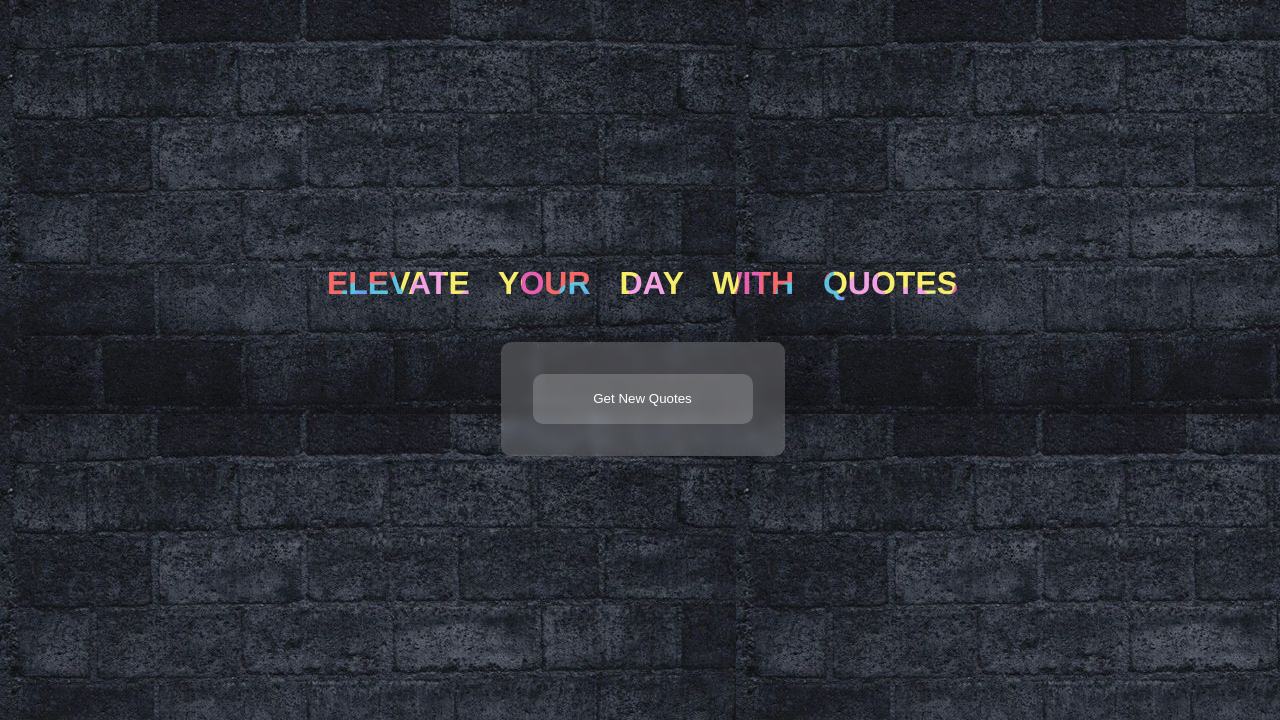
Repository: Bhavik-Sanghar/Quote-app
Page: /
An editor plug-in stored every save of this project. The page is shown before and after the next save, followed by the edit.
The browser window is 1280 px wide. The pictures show the whole page.
The page's requests for data from a server got no answer. The project was rebuilt for these pictures with package versions that can differ from the ones it lists, and the page was loaded fresh each time. No one was signed in, and anything a server would have sent is missing. Also part of the build but not shown: src/styles.css.

Above is the page before, as saved 2023-08-18 15:52:43.

### src/App.js
import React from 'react';
import './styles.css';
import QuoteComponent from './components/NewQuote'

function App() {
  return (
    <div className="App">

      <QuoteComponent/>


    </div>
  );
}

export default App;

### src/components/NewQuote.js
import React, { useEffect, useState } from "react";
import axios from "axios";
import './New.css'

const QuoteComponent = () => {
  const [quotes, setQuotes] = useState([]);
  const category = "inspirational";
  const apiKey = "EgtS4gqLsbjvHM2bBjKwBA==PYmsGLFQFXQzq0Na";

  useEffect(() => {
    fetchQuotes();
  }, []);

  const fetchQuotes = async () => {
    try {
      const response = await axios.get(
        `https://api.api-ninjas.com/v1/quotes?category=${category}&limit=1`, // Fetching 5 quotes
        {
          headers: { "X-Api-Key": apiKey },
        }
      );
      setQuotes(response.data);
    } catch (error) {
      console.error("Error: ", error);
    }
  };

  const handleFetchNewQuotes = () => {
    fetchQuotes();
  };

  return (
    <div className="quote-container">
      <h1>Elevate Your Day with Quotes</h1>
      <div className="card-container">
        {quotes.map((quote, index) => (
          <div key={index} className="card">
            <p className="quote-text">{quote.quote}</p>
            <p className="author">- {quote.author}</p>
          </div>
        ))} <button className="glow-on-hover" onClick={handleFetchNewQuotes}>
           Get New Quotes
      </button>
      </div>
    </div>
  );
};

export default QuoteComponent;

### src/components/New.css
.quote-container {
  padding: auto;
  padding-left: 5px;
  display: flex;
  flex-direction: column;
  justify-content: center;
  align-items: center;
  min-height: 100vh;
  background-color: black;
  background-image: url(./bg.jpg);
  transition: background-image 0.5s ease-in-out; /* Add transition for smooth image change */
  color: white;
  position: relative; /* Required for positioning pseudo-element */
  overflow: hidden; /* Hide overflowing pseudo-element content */
}

.quote-container h1 {
  z-index: 2;
  margin: 20px;
  background-image: url(./h1.jpg);
  background-repeat: repeat;
  opacity: 0;
  -webkit-background-clip: text;
  -webkit-text-fill-color: transparent;
  text-align: center;
  word-spacing: 20px;
  font-weight: bold;
  text-transform: uppercase;
  font-family: "Steelfish Rg", "helvetica neue";
  font-weight: 800;
  -webkit-font-smoothing: antialiased;
  transition: background-color 0.3s ease-in-out;
  animation: fadeInHeading 2s ease-in-out 0.5s forwards;
}

.card:hover {
  /* Example animation - scale up on hover */
  transform: scale(1.05);
  transition: transform 0.3s ease-in-out;
}

.author:hover {
  /* Example animation - change text color on hover */
  color: #00e5ff; /* Change to your desired color */
  transition: color 0.3s ease-in-out;
}
.quote-container h1:hover {
  font-size: 2.2em;
  transition: font-size 0.3s ease-in-out;
}

.fetch-button {
  position: absolute;
  margin-top: 40px;
  bottom: 20px; /* Adjust to your preference */
  right: 20px; /* Adjust to your preference */
  background-color: transparent;
  border: none;
  color: white;
  cursor: pointer;
  font-size: 16px;
  padding: 10px 20px;
  border-radius: 5px;
  transition: background-color 0.3s ease-in-out;
}

.fetch-button:hover {
  background-color: rgba(255, 255, 255, 0.1);
}

.card-container {
  z-index: 2;
  margin: 20px;
  backdrop-filter: blur(5px);
  background-color: hsla(0, 0%, 100%, 0.2);
  border-radius: 10px;
  padding: 2rem;
  font-size: larger;
  font-family: "Times New Roman", Times, serif;
  opacity: 0; /* Set initial opacity to 0 */
  animation: fadeInQuotes 3s ease-in-out 1s forwards,
    fadeInBackground 3s ease-in-out 1s forwards;
  position: relative; /* Ensure proper z-index behavior */
}

@keyframes fadeInHeading {
  from {
    opacity: 0;
    transform: translateY(-20px);
  }
  to {
    opacity: 1;
    transform: translateY(0);
  }
}

@keyframes fadeInQuotes {
  from {
    opacity: 0;
    transform: translateY(20px);
  }
  to {
    opacity: 1;
    transform: translateY(0);
  }
}

@keyframes fadeInBackground {
  from {
    opacity: 0;
  }
  to {
    opacity: 1;
  }
}

.glow-on-hover {
  width: 220px;
  height: 50px;
  border: none;
  outline: none;
  color: #fff;
  background-color: rgba(255, 255, 255, 0.1);
  cursor: pointer;
  position: relative;
  z-index: 0;
  border-radius: 10px;
}

.glow-on-hover:before {
  content: "";
  background: linear-gradient(
    45deg,
    rgb(120, 193, 243) ,rgb(155, 232, 216), rgb(226, 246, 202), rgb(248, 253, 207)
  );
  position: absolute;
  top: -2px;
  left: -2px;
  background-size: 400%;
  z-index: -1;
  filter: blur(5px);
  width: calc(100% + 4px);
  height: calc(100% + 4px);
  animation: glowing 20s linear infinite;
  opacity: 0;
  transition: opacity 0.3s ease-in-out;
  border-radius: 10px;
}

.glow-on-hover:active {
  color: #000;
}

.glow-on-hover:active:after {
  background: transparent;
}

.glow-on-hover:hover:before {
  opacity: 1;
}

.glow-on-hover:after {
  z-index: -1;
  content: "";
  position: absolute;
  width: 100%;
  height: 100%;
  background-color: rgba(255, 255, 255, 0.1);
  left: 0;
  top: 0;
  border-radius: 10px;
}

@keyframes glowing {
  0% {
    background-position: 0 0;
  }
  50% {
    background-position: 400% 0;
  }
  100% {
    background-position: 0 0;
  }
}

Loaded but not shown: public/index.html (common file); src/index.js (common file); src/index.css (common file); src/reportWebVitals.js (common file)

After the next save:
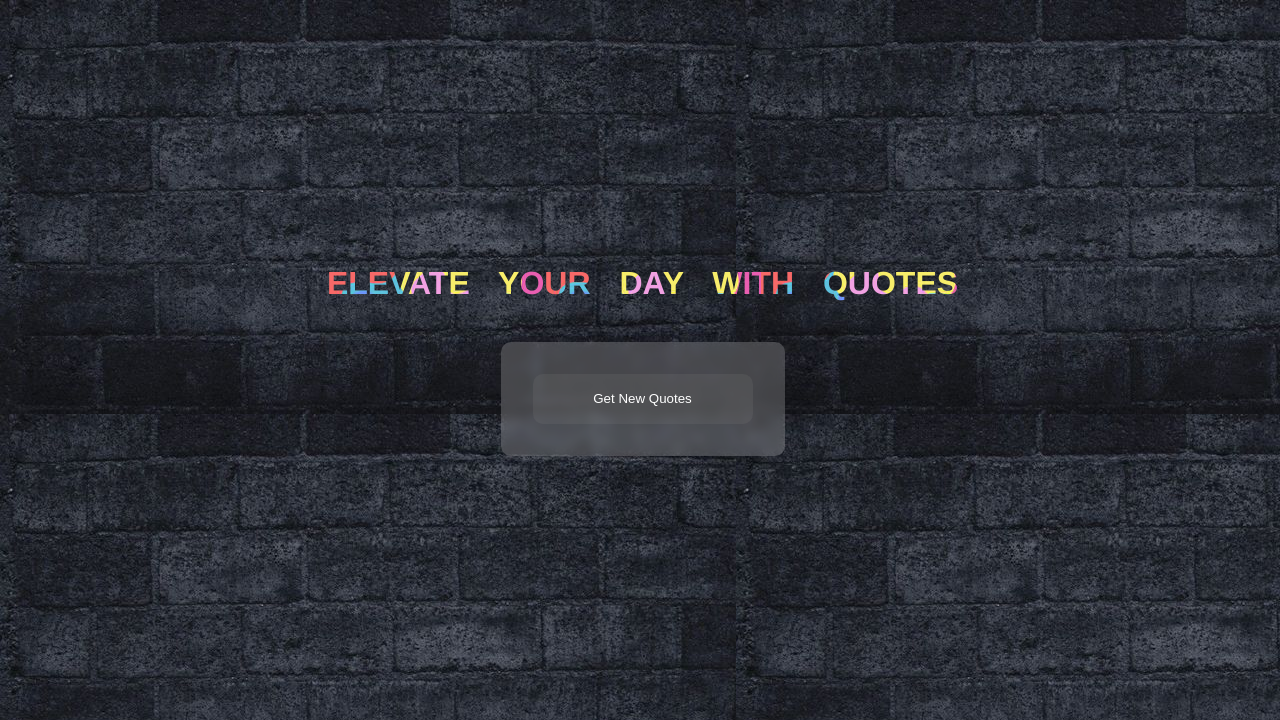
Saved 31 s later.
--- a/src/components/New.css
+++ b/src/components/New.css
@@ -165,7 +165,7 @@
   position: absolute;
   width: 100%;
   height: 100%;
-  background-color: rgba(255, 255, 255, 0.1);
+  background-color: rgba(0, 0, 0, 0.1);
   left: 0;
   top: 0;
   border-radius: 10px;
